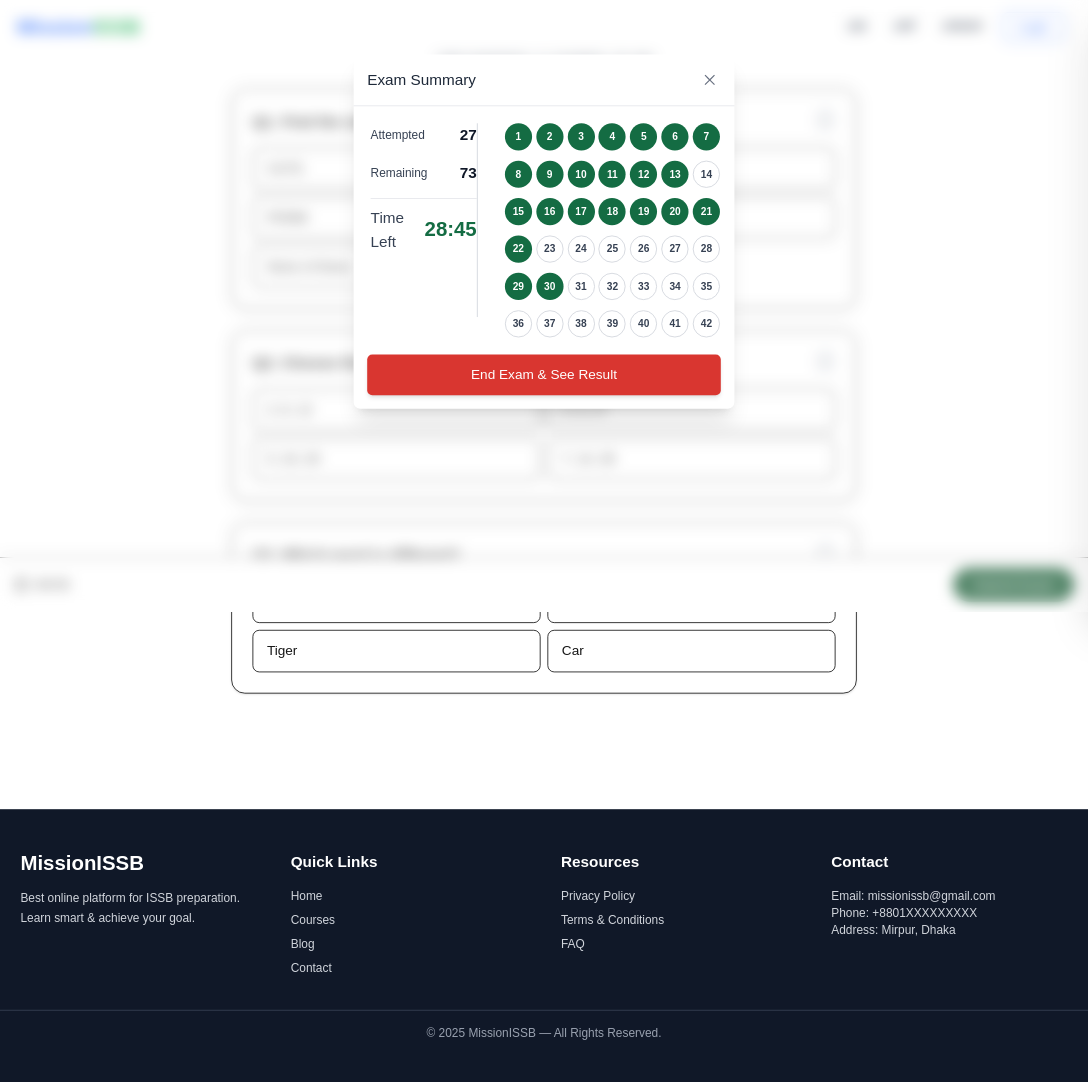
Repository: mdmuhibullahhabib/missionissb
Page: /exam/verbal-model-test-01, after clicking the first element matching `button.bg-green-900`
An editor plug-in stored every save of this project. The page is shown before and after a run of saves, followed by the edit.
The browser window is 1280 px wide. The pictures show the whole page, at 85% of full size.
The page's requests for data from a server got no answer. The project was rebuilt for these pictures with package versions that can differ from the ones it lists, and the page was loaded fresh each time. The framework's server and built-in components were replaced by stand-ins that run in the browser. No one was signed in, and anything a server would have sent is missing. Also part of the build but not shown: next.config.mjs.

Above is the page before, as saved 2025-12-15 19:38:22.

After the next 2 saves:
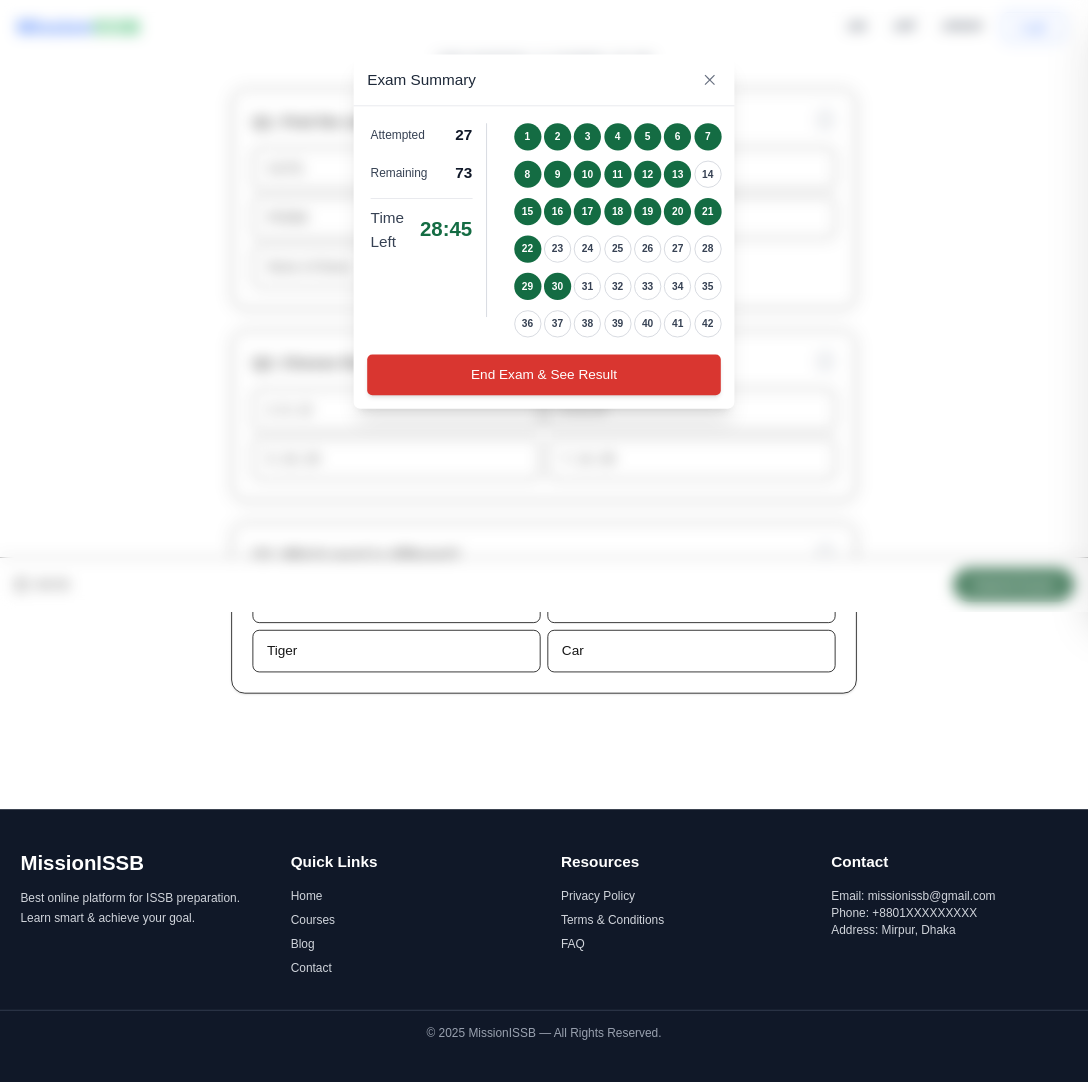
The 2 saves are shown as one change because they came seconds apart.
The last was saved 27 s later.
--- a/app/exam/[id]/components/SubmitModal.jsx
+++ b/app/exam/[id]/components/SubmitModal.jsx
@@ -64,7 +64,7 @@ const SubmitModal = ({ isOpen, onClose, onSubmit }) => {
                 {/* Body */}
                 <div className="p-5 flex space-x-8">
                     {/* Stats */}
-                    <div className="mb-6 space-y-4 border-r border-gray-300">
+                    <div className="mb-6 space-y-4 border-r border-gray-300 pr-4">
                         <div className="flex justify-between items-center">
                             <span className="text-sm text-gray-700">Attempted</span>
                             <span className="font-semibold text-lg text-gray-900">
